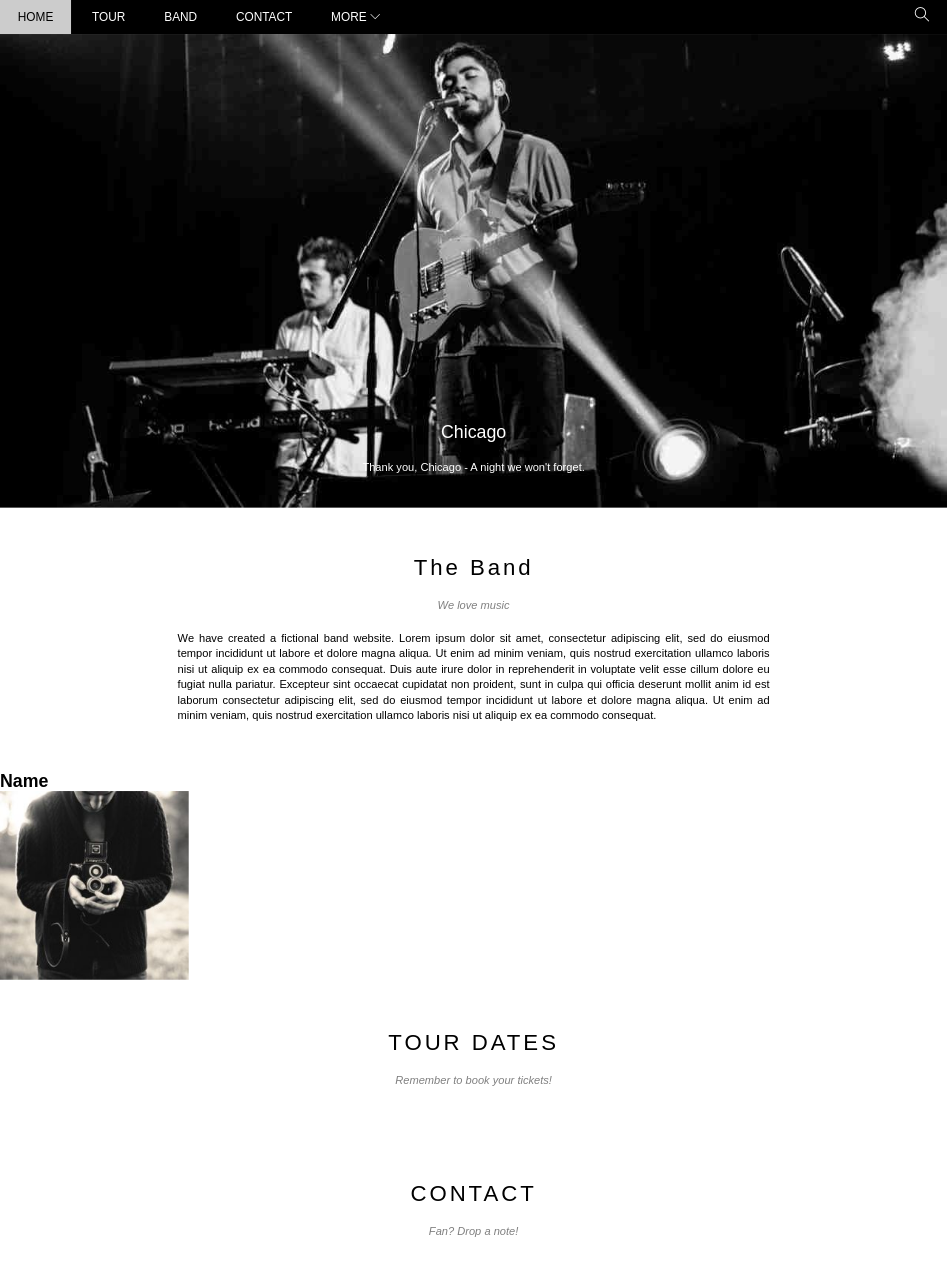
Repository: ducvui2003/LTCB
Page: index.html
An editor plug-in stored every save of this project. The page is shown before and after the next save, followed by the edit.
The browser window is 1280 px wide. The pictures show the whole page, at 74% of full size.

Above is the page before, as saved 2022-01-08 10:42:36.

### index.html
<!DOCTYPE html>
<html lang="en">

<head>
    <meta charset="UTF-8">
    <meta http-equiv="X-UA-Compatible" content="IE=edge">
    <meta name="viewport" content="width=device-width, initial-scale=1.0">
    <title>The Band W3_School</title>
    <link rel="stylesheet" href="./assest/Css/styles.css">
    <link rel="stylesheet" href="./assest/Fonts/themify-icons-font (1)/themify-icons/themify-icons.css">
</head>

<body>
    <div id="main">
        <!-- Begin: Header -->
        <div id="header">
            <!-- Begin: Nav -->
            <ul id="nav">
                <li>
                    <a href="">Home</a>
                </li>
                <li>
                    <a href="">Tour</a>
                </li>
                <li>
                    <a href="">Band</a>
                </li>
                <li>
                    <a href="">Contact</a>
                </li>
                <li>
                    <a href="">
                        More
                        <!-- icons -->
                        <i class="nav-arrow-down ti-angle-down"></i>
                    </a>
                    <ul class="subnav">
                        <li>
                            <a href="">Merchandise</a>
                        </li>
                        <li>
                            <a href="">Extras</a>
                        </li>
                        <li>
                            <a href="">Media</a>
                        </li>
                    </ul>
                </li>
            </ul>
            <!-- End: Nav -->
            <!-- Begin: Search button -->
            <div class="search-button">
                <i class="search-icon ti-search"></i>
            </div>
            <!-- End: Search button -->
        </div>
        <!-- End: Header -->

        <!-- Begin: Slides -->
        <div id="slides">
            <div class="text-content">
                <h2 class="text-heading">Chicago</h2>
                <div class="text-paragraph">Thank you, Chicago - A night we won't forget.
                </div>
            </div>
        </div>
        <!-- End: Slides -->

        <!-- Begin: Content -->
        <div id="content">

            <!-- About section -->
            <div class="content-section">
                <h1 class="section-heading">The Band</h1>
                <p class="section-sub-heading">We love music

                </p>
                <p class="content-text">We have created a fictional band website. Lorem ipsum dolor sit amet, consectetur adipiscing elit, sed do eiusmod tempor incididunt ut labore et dolore magna aliqua. Ut enim ad minim veniam, quis nostrud exercitation ullamco laboris nisi
                    ut aliquip ex ea commodo consequat. Duis aute irure dolor in reprehenderit in voluptate velit esse cillum dolore eu fugiat nulla pariatur. Excepteur sint occaecat cupidatat non proident, sunt in culpa qui officia deserunt mollit anim
                    id est laborum consectetur adipiscing elit, sed do eiusmod tempor incididunt ut labore et dolore magna aliqua. Ut enim ad minim veniam, quis nostrud exercitation ullamco laboris nisi ut aliquip ex ea commodo consequat.</p>
            </div>
            <div class="member-list">
                <h2 class="member-name">Name</h2>
                <img src="./assest/Img/membersAvatar.jpg" alt="" class="member-avatar">
            </div>

            <!-- Tour section -->
            <div class="content-section">
                <h1 class="section-heading">TOUR DATES</h1>
                <p class="section-sub-heading">Remember to book your tickets!</p>

            </div>

            <!-- Contact section -->
            <div class="content-section">
                <h1 class="section-heading">CONTACT</h1>
                <p class="section-sub-heading">Fan? Drop a note! </p>

            </div>

        </div>
        <!-- End: Content -->
        <div id="footer"></div>
    </div>
</body>

</html>

### assest/Css/styles.css
* {
    padding: 0;
    margin: 0;
    box-sizing: border-box;
}

html {
    font-family: Arial, Helvetica, sans-serif;
}

#main {}

#header {
    position: fixed;
    top: 0;
    right: 0;
    left: 0;
    /* fixed đang nổi lên nó sẽ nhường vị trí cho div slides tiếp theo */
    height: 46px;
    background-color: black;
    z-index: 1;
    /* dùng để thêm vào thẻ fixed nhằm đẩy block lên trên các block khác theo chiều cao, giá trị là 0, 1,... */
}

#nav {
    display: inline-block;
    /* display để thẻ nav chỉ dài đúng nội dung của nó thôi */
}

#nav,
.subnav {
    list-style: none;
}

#nav>li {
    display: inline-block;
}

#nav li {
    position: relative;
}

#nav>li>a {
    color: white;
    text-transform: uppercase;
    /* chinh chu thuong thanh hoa */
}

#nav li a {
    text-decoration: none;
    line-height: 46px;
    padding: 0 24px;
    display: block;
}

#nav li:hover .subnav {
    display: block;
}

#nav>li:hover>a,
#nav .subnav li:hover a {
    background-color: #ccc;
    color: black;
}

#nav li:hover a {
    /* line-height: 46px; */
}

#nav .subnav {
    display: none;
    position: absolute;
    top: 46px;
    background-color: #fff;
    box-shadow: 0 0 10px rgba(0, 0, 0, 0.3);
}

#nav .subnav li a {
    color: black;
    padding: 0 16px;
    line-height: 38px;
    width: 160px;
}

#nav .nav-arrow-down {
    font-size: 14px;
}

#header .search-button {
    float: right;
    /* thẻ search-button là thẻ div, có tính kế thừa chiều ngang, nên khi float vào sẽ vô hiệu hoá tính kế thừa chiều ngang đó */
    line-height: 46px;
    padding: 0 24px;
}

#header .search-button:hover {
    background-color: #f44336;
    cursor: pointer;
    /* Dùng để thay đổi con trỏ chuột khi di vào */
}

#header .search-icon {
    color: white;
    font-size: 20px;
}

#slides {
    /* min-height: 1000px; */
    /* background-color: pink; */
    margin-top: 46px;
    padding-top: 50%;
    /* 50% chieu ngang cua chinh the do */
    background: url('/assest/Img/Slide1.jpg') top center / cover no-repeat;
    /* shorthand */
    position: relative;
}

#slides .text-content {
    position: absolute;
    bottom: 46px;
    left: 50%;
    /* Cách lề trái 50% chiều ngang */
    transform: translateX(-50%);
    /* Dùng để lùi thẻ theo trục X 50% chiều dài -> Mục đích kết hợp vs transform để căn giữa block */
    color: white;
    text-align: center;
    /* Dùng để căn giữa content, ko dùng để căn block */
    /* cách 2: Thêm width: 100% */
    /* /* cách 3 left: 0 right: 0; */
}

#slides .text-heading {
    font-weight: 500;
    /* dùng để điều chỉnh lại độ dày của chữ, giá trị từ 100-1000  */
    font-size: 24px;
    margin-bottom: 25px;
}

#slides .text-paragraph {
    font-size: 15px;
}

#content {}

#content .content-section {
    width: 800px;
    padding: 64px 0;
    margin-left: auto;
    margin-right: auto;
}

#content .section-heading {
    font-size: 30px;
    font-weight: 500;
    text-align: center;
    letter-spacing: 4px;
}

#content .section-sub-heading {
    font-size: 15px;
    text-align: center;
    margin-top: 25px;
    font-style: italic;
    opacity: 0.5;
}

#content .content-text {
    font-size: 15px;
    margin-top: 25px;
    text-align: justify;
    /* Can deu van ban */
    line-height: 1.4;
    /* Khoang cach giua 2 hang chu */
}

#footer {}

Loaded but not shown: assest/Fonts/themify-icons-font (1)/themify-icons/themify-icons.css (common file)

After the next save:
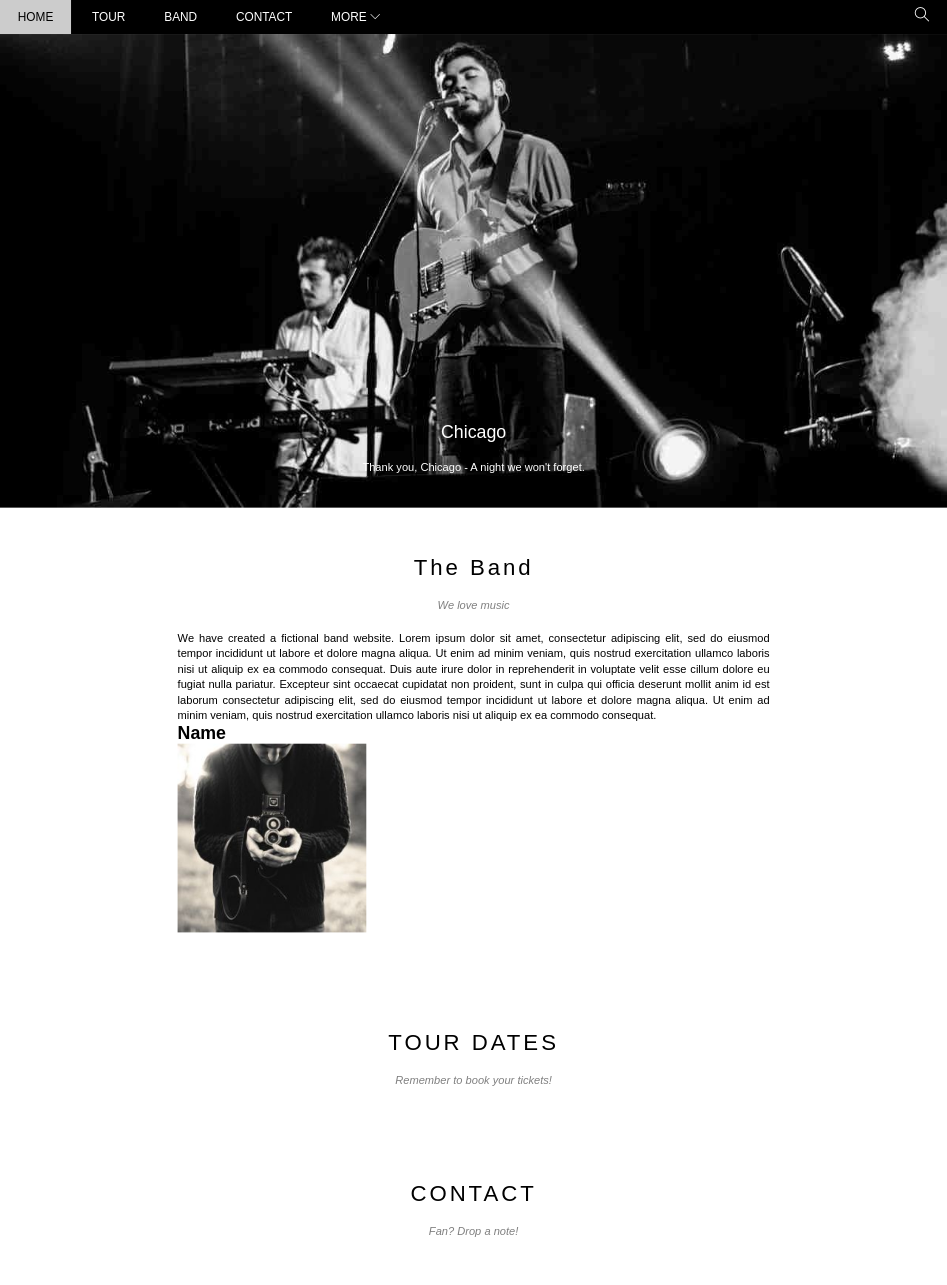
Saved 19 s later.
--- a/index.html
+++ b/index.html
@@ -78,10 +78,10 @@
                 <p class="content-text">We have created a fictional band website. Lorem ipsum dolor sit amet, consectetur adipiscing elit, sed do eiusmod tempor incididunt ut labore et dolore magna aliqua. Ut enim ad minim veniam, quis nostrud exercitation ullamco laboris nisi
                     ut aliquip ex ea commodo consequat. Duis aute irure dolor in reprehenderit in voluptate velit esse cillum dolore eu fugiat nulla pariatur. Excepteur sint occaecat cupidatat non proident, sunt in culpa qui officia deserunt mollit anim
                     id est laborum consectetur adipiscing elit, sed do eiusmod tempor incididunt ut labore et dolore magna aliqua. Ut enim ad minim veniam, quis nostrud exercitation ullamco laboris nisi ut aliquip ex ea commodo consequat.</p>
-            </div>
-            <div class="member-list">
-                <h2 class="member-name">Name</h2>
-                <img src="./assest/Img/membersAvatar.jpg" alt="" class="member-avatar">
+                <div class="member-list">
+                    <h2 class="member-name">Name</h2>
+                    <img src="./assest/Img/membersAvatar.jpg" alt="" class="member-avatar">
+                </div>
             </div>
 
             <!-- Tour section -->
